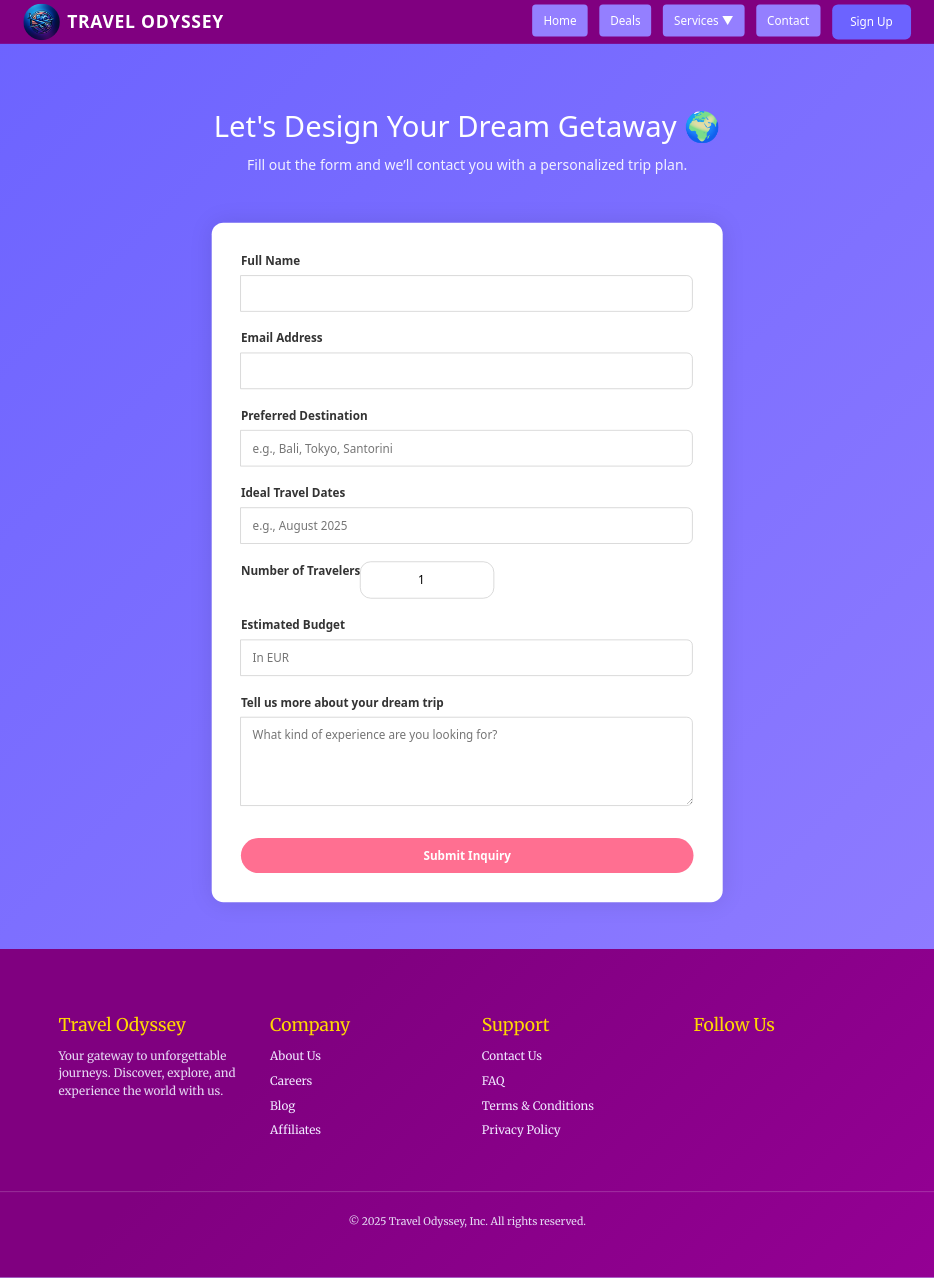
Repository: GHzPhoenix/Project-Odyssey
Page: Frontend/dream.html
These files come from the project's save history. The page is drawn as it stood at one moment and after the next save; the edit follows.
The browser window is 1280 px wide. The pictures show the whole page, at 73% of full size.

Above is the page before, as saved 2025-06-13 14:41:57.

After the next save:
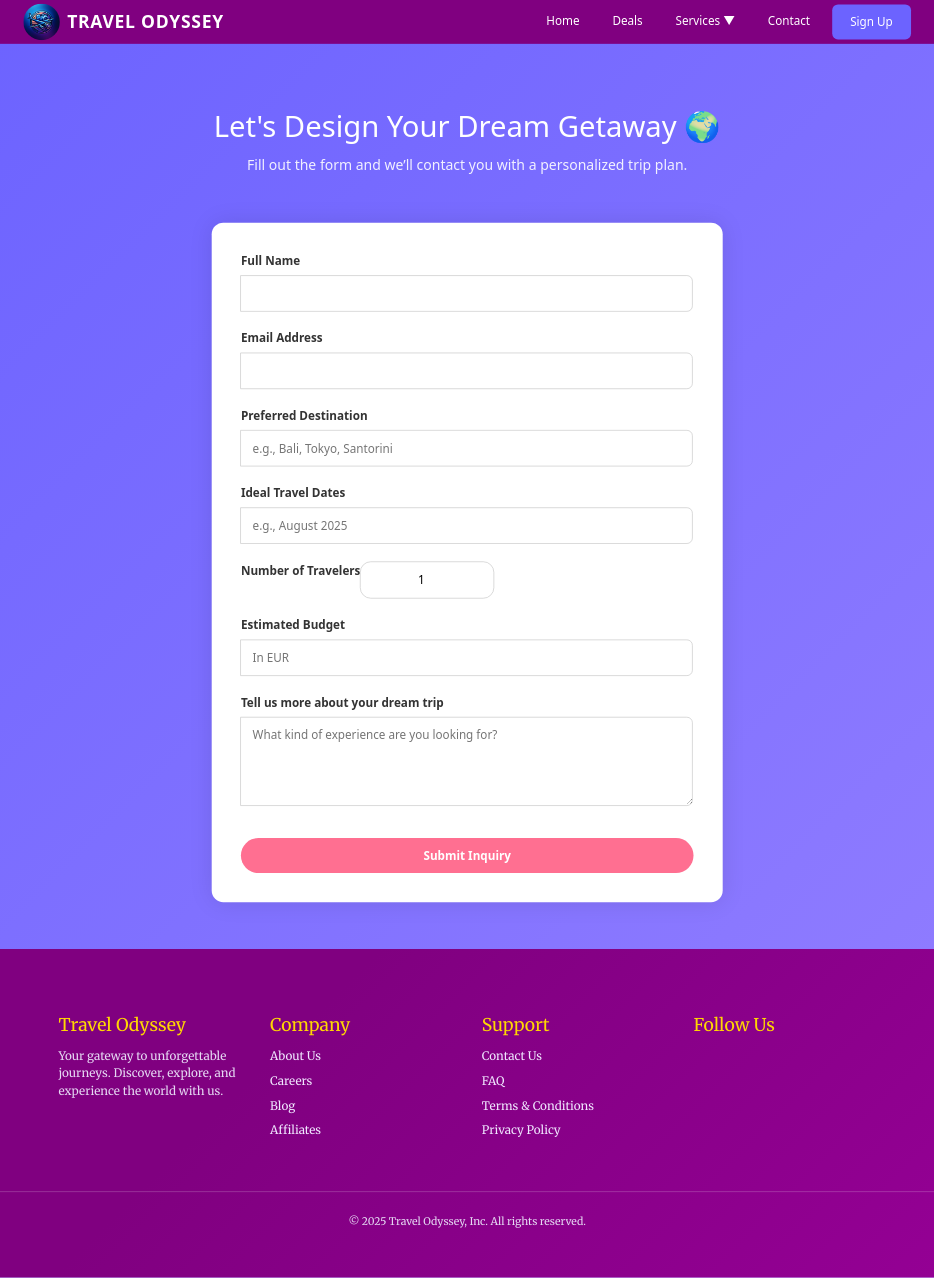
Saved 55 s later.
--- a/Frontend/css/dream.css
+++ b/Frontend/css/dream.css
@@ -30,34 +30,90 @@ header {
   background: var(--primary);
   z-index: 1000;
 }
-header nav {
-  display: flex;
+nav {
+  background-color: purple;
+  display: flex;
+  justify-content: space-between;
   align-items: center;
-  justify-content: space-between;
-  padding: 1rem 2rem;
-  height: 60px;
-}
-header nav .logo {
-  color: var(--white);
-  font-size: 1.5rem;
+  padding: 15px 20px;
+  color: white;
+  position: relative;
+}
+
+nav .logo {
+  font-size: 24px;
   font-weight: bold;
-}
-header nav ul {
+  text-transform: uppercase;
+  letter-spacing: 1px;
+  display: flex;
+  align-items: center;
+}
+
+nav .logo img {
+  width: 50px;
+  height: 50px;
+  border-radius: 50%;
+  margin-right: 10px;
+}
+
+nav ul {
   list-style: none;
   display: flex;
-  gap: 1rem;
-}
-header nav a {
-  color: var(--white);
+  gap: 15px;
+  margin: 0;
+  padding: 0;
+}
+
+nav ul li {
+  position: relative;
+}
+
+nav ul li a {
   text-decoration: none;
-  padding: 0.5rem 1rem;
-  background: var(--primary-light);
-  border-radius: 4px;
-  transition: background 0.2s ease;
-}
-header nav a.active,
-header nav a:hover {
-  background: var(--accent);
+  color: white;
+  font-size: 16px;
+  padding: 10px 15px;
+  border-radius: 5px;
+  transition: background 0.3s ease-in-out;
+  display: block;
+}
+
+nav ul li a:hover {
+  background-color: #cd75ce;
+  color: yellow;
+}
+
+nav ul li .dropdown {
+  display: none;
+  position: absolute;
+  left: 0;
+  top: 100%;
+  background-color: white;
+  min-width: 180px;
+  border-radius: 5px;
+  box-shadow: 0px 4px 8px rgba(0, 0, 0, 0.2);
+  z-index: 1000;
+  opacity: 0;
+  transform: translateY(10px);
+  transition: opacity 0.3s, transform 0.3s ease-in-out;
+}
+
+nav ul li .dropdown a {
+  display: block;
+  padding: 12px;
+  color: #333;
+  transition: background 0.3s ease-in-out;
+  white-space: nowrap;
+}
+
+nav ul li .dropdown a:hover {
+  background-color: #f4f4f9;
+}
+
+nav ul li:hover .dropdown {
+  display: block;
+  opacity: 1;
+  transform: translateY(0);
 }
 
 /* push everything below the fixed header */
